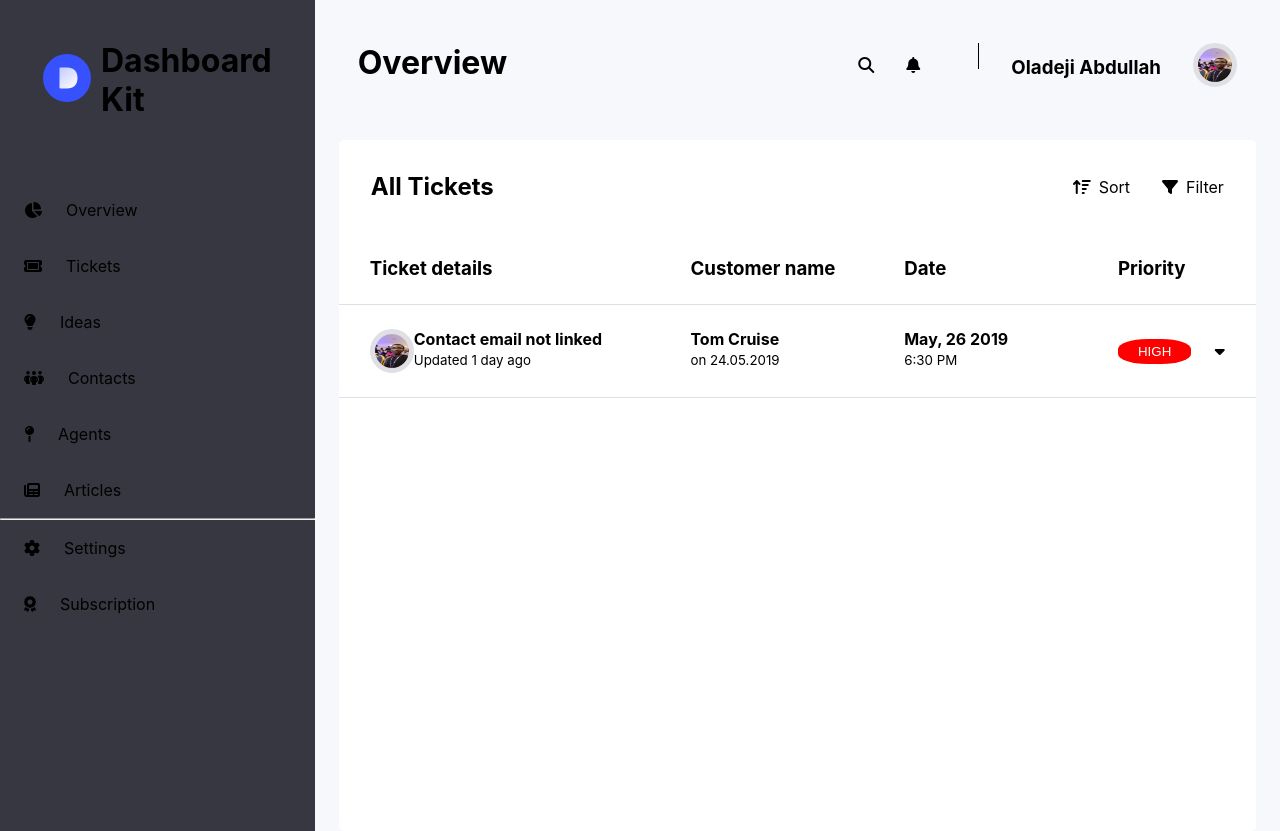
Repository: BuduCE/dashboard
Page: /
An editor plug-in stored every save of this project. The page is shown before and after the next save, followed by the edit.
The browser window is 1280 px wide. The pictures show the whole page.
The pointer rests on the first visible `.tab_info`.
Some web libraries are served in a nearby version. The project was rebuilt for these pictures with package versions that can differ from the ones it lists, and the page was loaded fresh each time. Also part of the build but not shown: src/pages/Overview/index.jsx.

Above is the page before, as saved 2022-08-05 00:11:58.

After the next save:
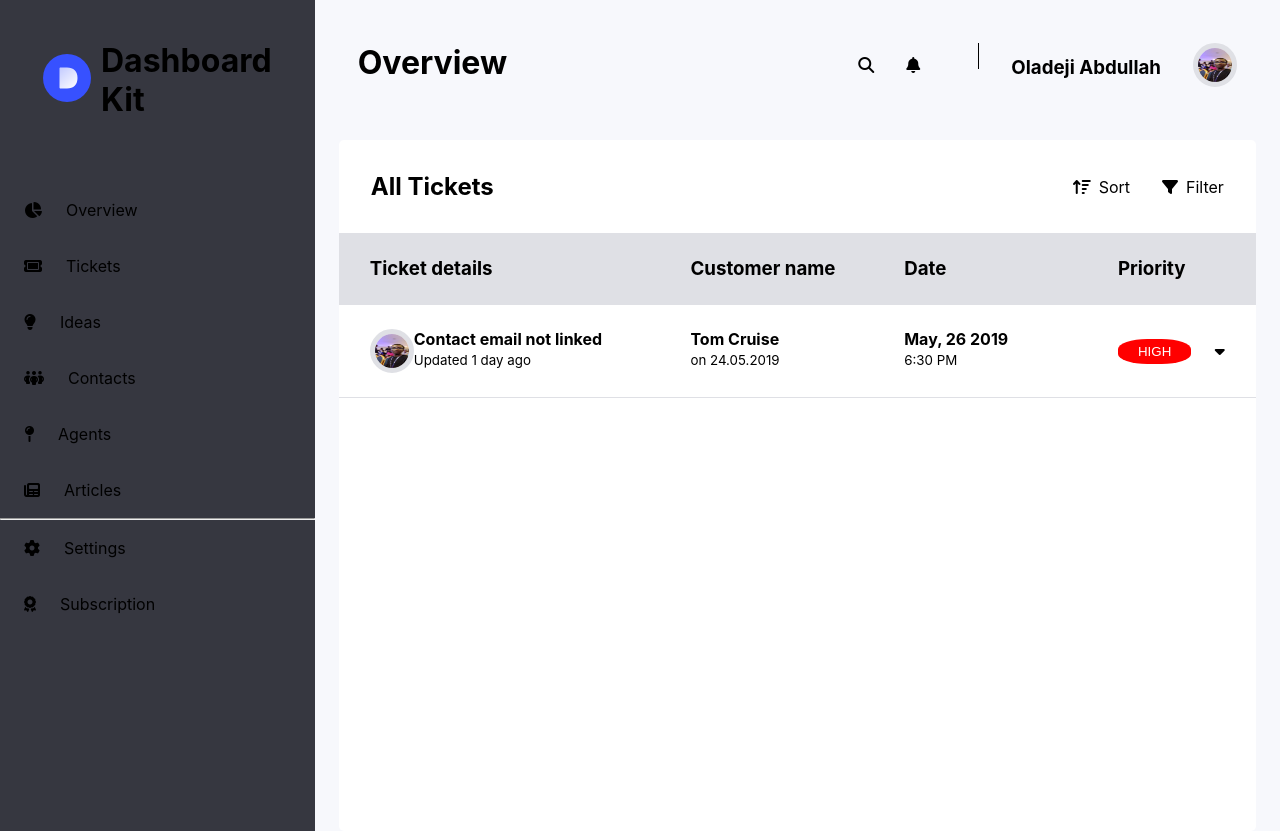
Saved 4 s later.
--- a/src/pages/Tickets/styles.css
+++ b/src/pages/Tickets/styles.css
@@ -35,7 +35,7 @@
     border-bottom: 1px solid #dfe0e5;
 }
 .tab_info:hover{
-    background: ;
+    background: #dfe0e5;
 }
 .info_title{
     display: grid;

After the save that followed:
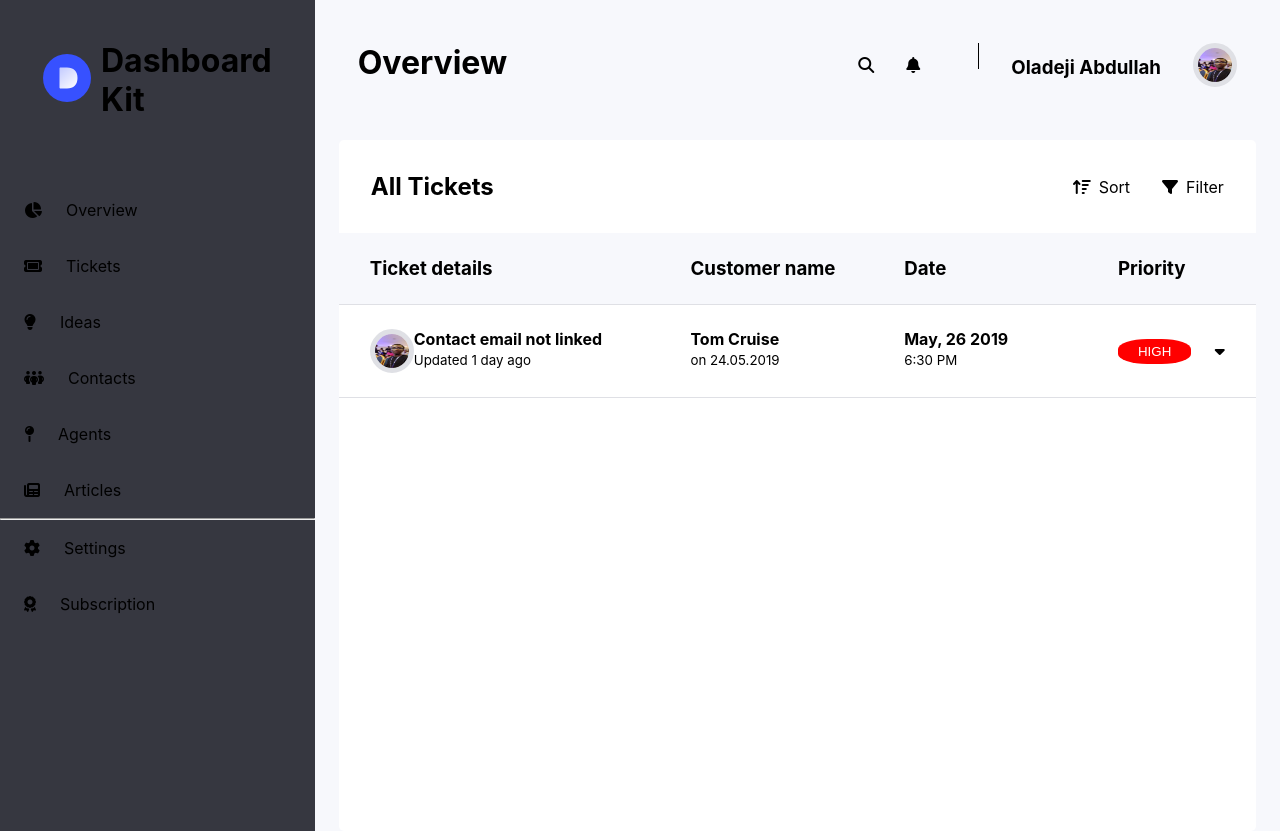
Saved 51 s later.
--- a/src/pages/Tickets/styles.css
+++ b/src/pages/Tickets/styles.css
@@ -35,7 +35,7 @@
     border-bottom: 1px solid #dfe0e5;
 }
 .tab_info:hover{
-    background: #dfe0e5;
+    background: #F7F8FC;
 }
 .info_title{
     display: grid;
